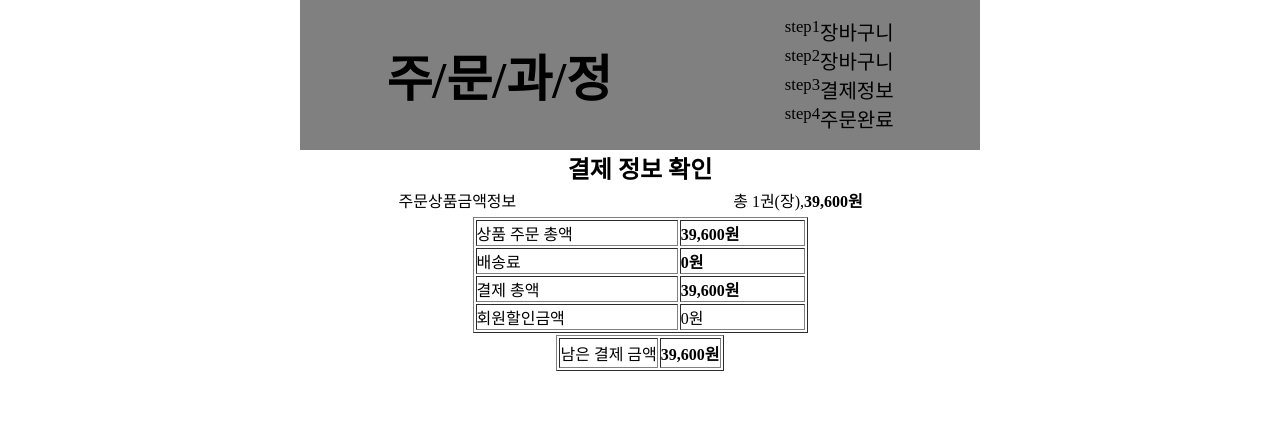
Repository: kym-1000/book
Page: http://localhost/book/WEB-INF/views/cart/pay.jsp
An editor plug-in stored every save of this project. The page is shown before and after the next save, followed by the edit.
The browser window is 1280 px wide. The pictures show the whole page.
The page is served by Tomcat 9. Nobody is signed in. Other server files are loaded and not shown. The template is opened directly, without the code that normally fills it, so the values that code supplies are empty.

Above is the page before, as saved 2023-01-02 07:51:14.

### book/book/src/main/webapp/WEB-INF/views/cart/pay.jsp
<%@ page language="java" contentType="text/html; charset=UTF-8"
    pageEncoding="UTF-8"%>
<!DOCTYPE html>
<html>
<head>
<meta charset="UTF-8">
<title>Insert title here</title>

<style type="text/css">
	*{
		margin: auto;
		padding: 0;
		}

	#pay{
		text-align: center;
		display : flex;
		align-items : center;

	}


</style>
</head>
<body>

	<jsp:include page="../cart/cartheader.jsp"></jsp:include>




	<h2 style="text-align: center;"> 결제 정보 확인</h2>

	<div id="pay">

	<form action="" method="post">

            <table width="670" border="0" cellpadding="2" cellspacing="1" class="step2_paytable1" style=" border-bottom:0px;">
              <tbody><tr>
                <td height="28" >주문상품금액정보</td>
                <td height="28">&nbsp;&nbsp; 총 <span ><span>1</span></span>권(장),<strong><span>39,600</span>원</strong></td>
              </tr>
            </tbody></table>
            <table >
              <tbody><tr>
                <td width="335" height="28" align="left" valign="top" class="td3">
                <table width="335" border="1">
                  <tbody>
                    <tr>
                      <td class="td1">상품 주문 총액  </td>
                      <td class="td2"><strong><span >39,600</span>원</strong></td>
                    </tr>
                    <tr>
                      <td class="td1">배송료</td>
                      <td class="td2"><strong><span >0</span>원</strong></td>
                    </tr>
                    <tr>
                      <td class="td1">결제 총액</td>
                      <td class="td2"><strong>39,600원</strong></td>
                    </tr>
                    <tr>
                      <td class="td1">회원할인금액</td>
                      <td class="td2"><span>0</span>원</td>
                    </tr>

                  </tbody>
                </table>
                </td>

                  <tbody>
                     <tr style="display:none;">
                      <td class="td1">할인 총액 </td>
                      <td class="td2"><span >0</span>원</td>
                    </tr>
                  </tbody>
                </table>

            <table  border="1">
              <tbody><tr>
                <td height="28" >남은 결제 금액</td>
                <td height="28" ><strong><span >39,600</span></font>원</strong></td>
              </tr>
            </tbody></table>

		</form>

		</div>



</body>
</html>

### book/book/src/main/webapp/WEB-INF/views/cart/cartheader.jsp
<%@ page language="java" contentType="text/html; charset=UTF-8"
    pageEncoding="UTF-8"%>
<%@ taglib uri="http://java.sun.com/jsp/jstl/core" prefix="c" %>
<!DOCTYPE html>
<html>
<head>
<meta charset="UTF-8">
<title>Insert title here</title>
<style type="text/css">

	#pagetop{
		margin-left: 300px;
		margin-right: 300px;
	    background-color: grey;
	    font-size: 20px;
		height: 150px;
		display : flex;
	  	/* justify-content : center; */
	  	align-items : center;
	}

</style>
</head>
<body>


	<div id="pagetop">
		<h2 style="text-align: left; font-size: 50px">
			주/문/과/정
		</h2>
		<div style="text-align: right;">

		<c:choose >
		<c:when test="${msg eq 1}">
		<div style="color: red">
		<sup>step1</sup>장바구니
		</div>
		</c:when>
		<c:otherwise>
		<div>
		<sup>step1</sup>장바구니
		</div>
		</c:otherwise>
		</c:choose>

		<c:choose>
		<c:when test="${msg eq 2}">
		<div style="color: red">
		<sup>step2</sup>배송정보
		</div>
		</c:when>
		<c:otherwise>
		<div>
		<sup>step2</sup>장바구니
		</div>
		</c:otherwise>
		</c:choose>

		<c:choose>
		<c:when test="${msg eq 3}">
		<div style="color: red">
		<sup>step3</sup>결제정보
		</div>
		</c:when>
		<c:otherwise>
		<div>
		<sup>step3</sup>결제정보
		</div>
		</c:otherwise>
		</c:choose>

		<c:choose>
		<c:when test="${msg eq 4}">
		<div style="color: red">
		<sup>step4</sup>주문완료
		</div>
		</c:when>
		<c:otherwise>
		<div>
		<sup>step4</sup>주문완료
		</div>
		</c:otherwise>
		</c:choose>

		</div>
	</div>

</body>
</html>

After the next save:
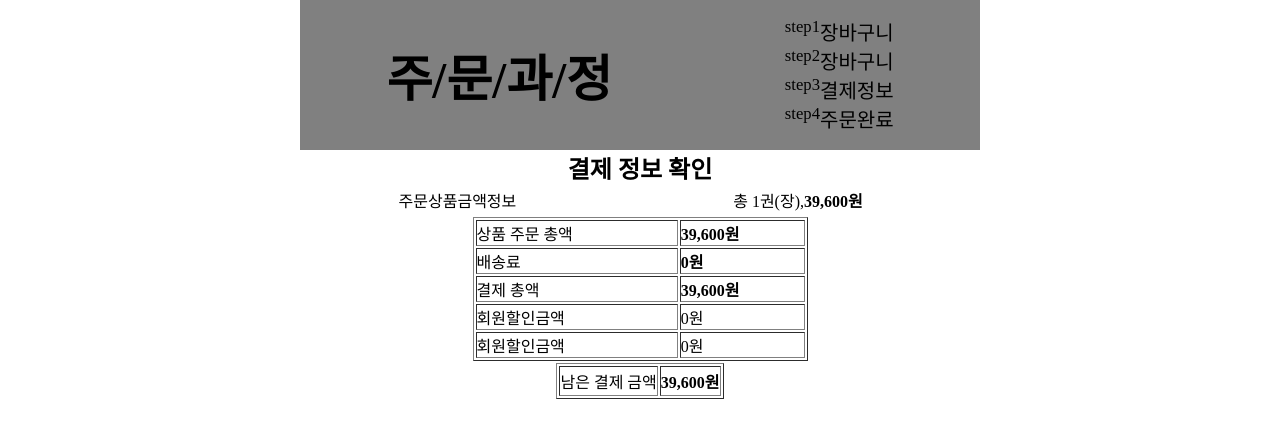
Saved 53 s later.
--- a/book/book/src/main/webapp/WEB-INF/views/cart/pay.jsp
+++ b/book/book/src/main/webapp/WEB-INF/views/cart/pay.jsp
@@ -62,6 +62,10 @@
                       <td class="td1">회원할인금액</td>
                       <td class="td2"><span>0</span>원</td>
                     </tr>
+                      <tr>
+                      <td class="td1">회원할인금액</td>
+                      <td class="td2"><span>0</span>원</td>
+                    </tr>
 
                   </tbody>
                 </table>
